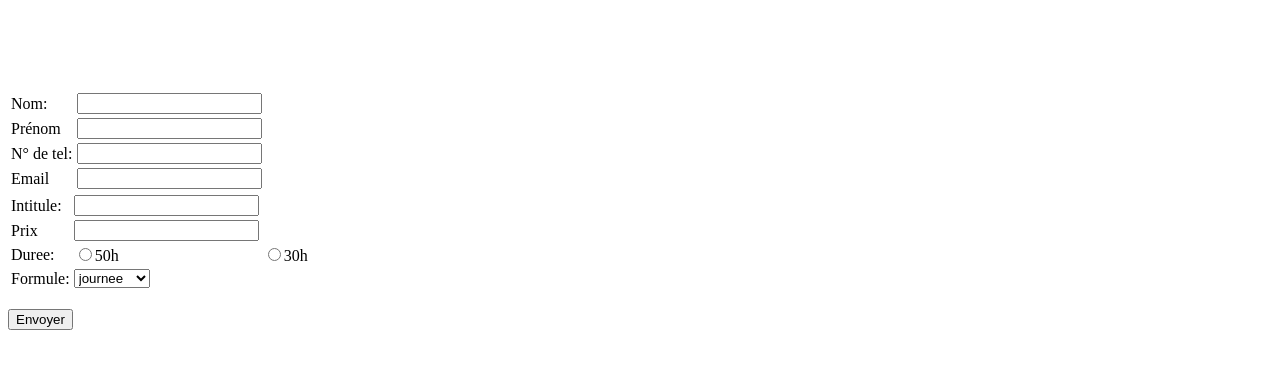
Repository: imouahrani/Gestion-des-stagiaires_JAVAEE
Page: http://localhost/TestInscripStagiaire/Formation.jsp
The author's editor kept a copy of each file at every save. The page is drawn from the files as they stood at one save, then again after the next save.
The browser window is 1280 px wide. The pictures show the whole page.
The page is served by Tomcat 9. The template is opened directly, without the code that normally fills it, so the values that code supplies are empty.

Above is the page before, as saved 2018-07-31 18:27:59.

After the next save:
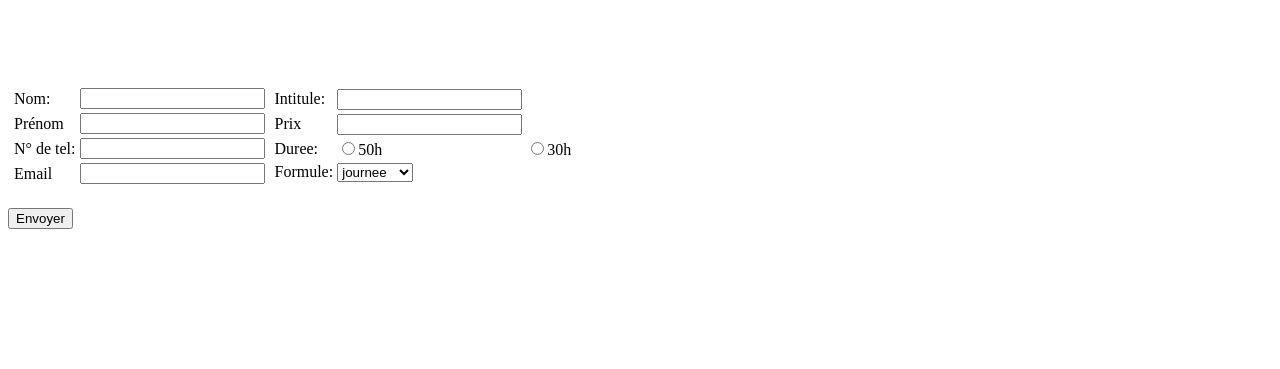
Saved 16 s later.
--- a/Formation Java Entreprise Edition/TestInscripStagiaire/WebContent/Formation.jsp
+++ b/Formation Java Entreprise Edition/TestInscripStagiaire/WebContent/Formation.jsp
@@ -21,8 +21,9 @@
 	<form action="TraiteFormation" method="post">
 
 		<table>
+
+		<tr>
 		<td>
-		<tr>
 		<table>
 
 	<tr>
